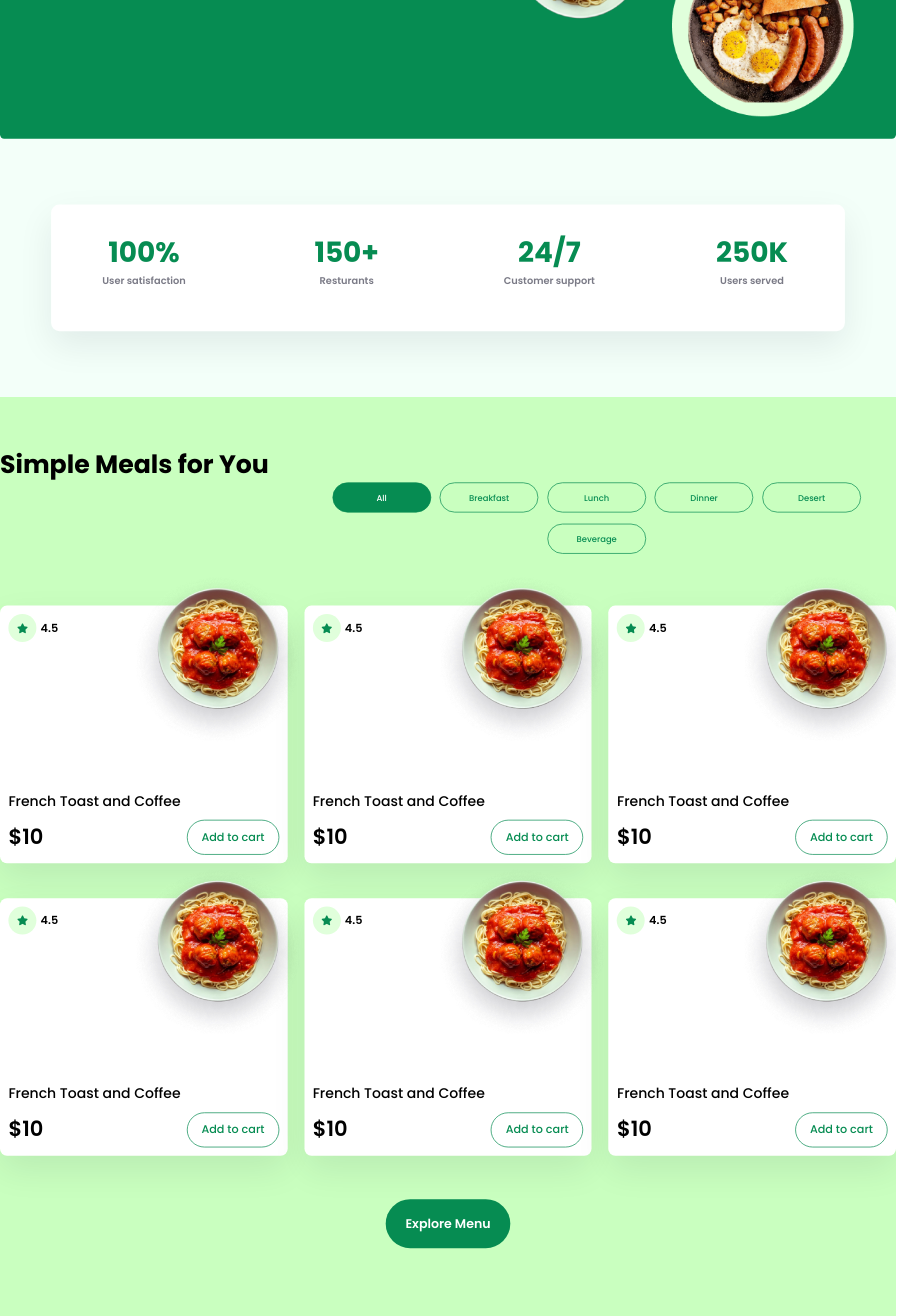
Repository: nguyennam1029/balbal
Page: index.html
The author's editor kept a copy of each file at every save. The page is drawn from the files as they stood at one save, then again after the next save.
The browser window is 1280 px wide. The page is 1292 px wide, so the pictures cover 1292 px, including what lies to the right of the window. The pictures show the part of the page from y = 603 to 2483 px (the page is 4300 px tall), at 70% of full size.
Some web libraries are served in a nearby version.

Above is the page before, as saved 2022-07-07 23:04:25.

After the next save:
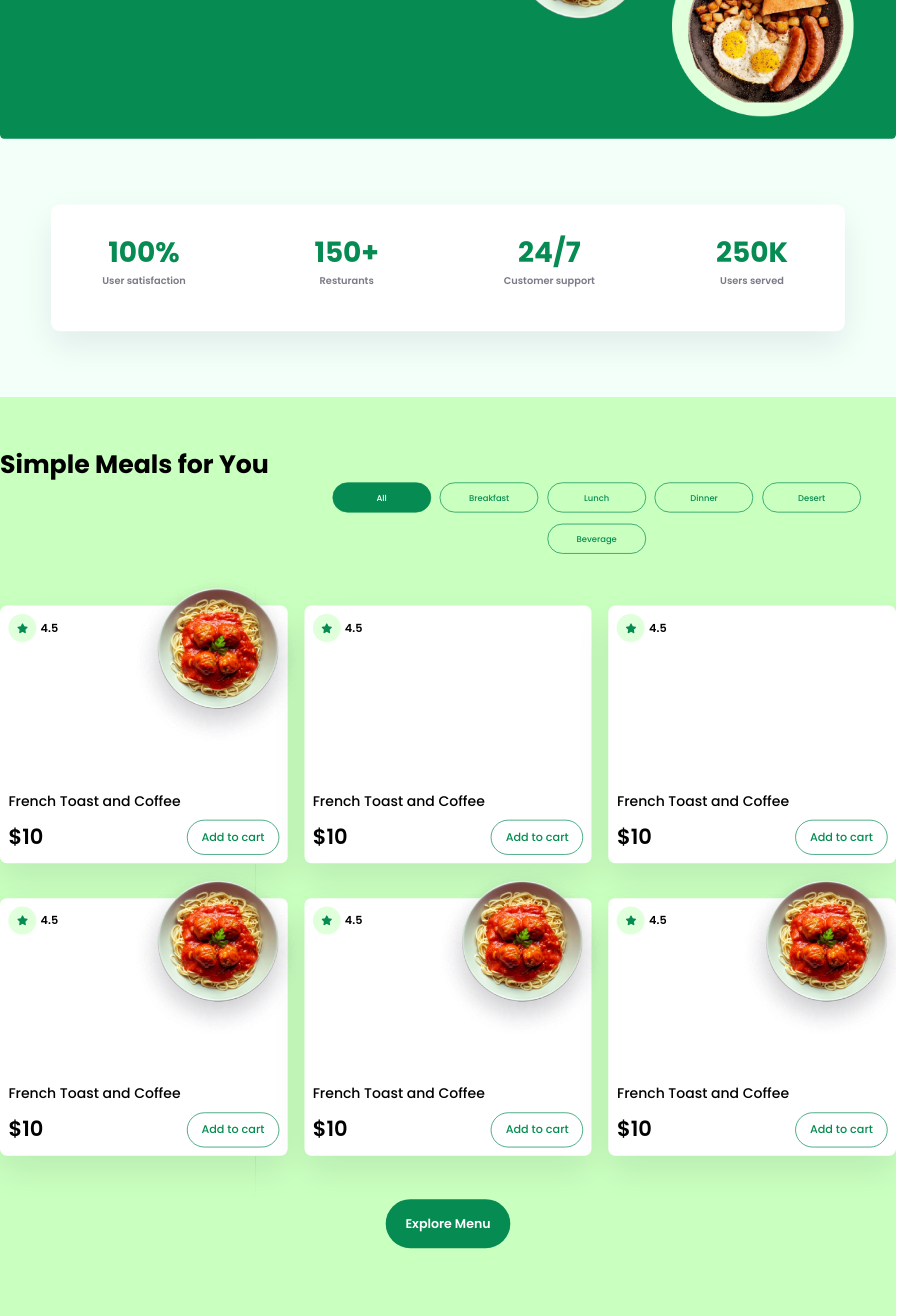
Not found: images/product4.png
Not found: images/product5.png
Saved 116 s later.
--- a/index.html
+++ b/index.html
@@ -151,7 +151,7 @@
                 <div class="product-item">
                   <img
                     class="product-item--img"
-                    src="images/product1.png"
+                    src="images/product4.png"
                     alt=""
                   />
                   <div class="product-item--rating">
@@ -172,7 +172,7 @@
                 <div class="product-item">
                   <img
                     class="product-item--img"
-                    src="images/product1.png"
+                    src="images/product5.png"
                     alt=""
                   />
                   <div class="product-item--rating">

After the save that followed:
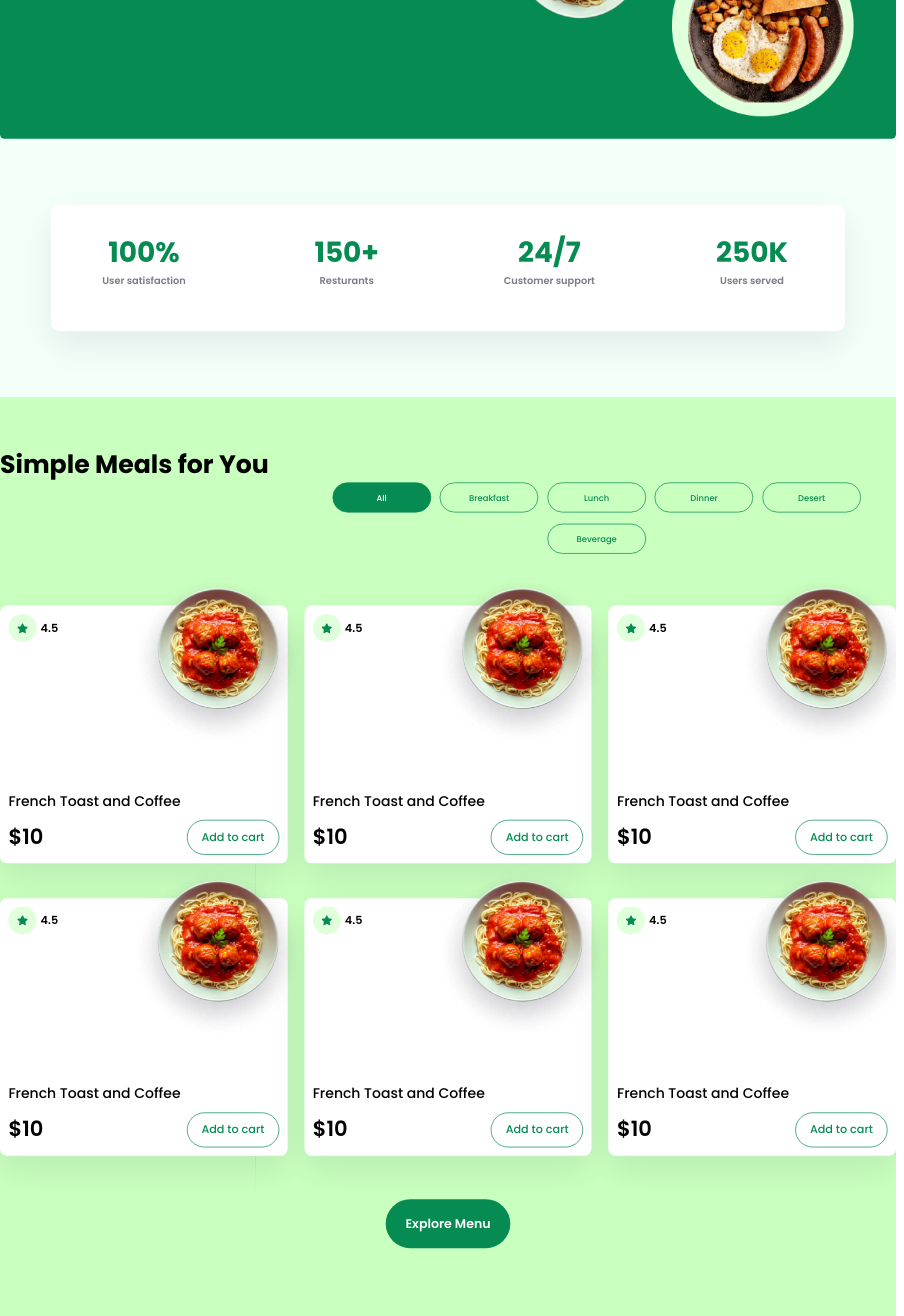
Saved 30 s later.
--- a/index.html
+++ b/index.html
@@ -151,7 +151,7 @@
                 <div class="product-item">
                   <img
                     class="product-item--img"
-                    src="images/product4.png"
+                    src="images/product1.png"
                     alt=""
                   />
                   <div class="product-item--rating">
@@ -172,7 +172,7 @@
                 <div class="product-item">
                   <img
                     class="product-item--img"
-                    src="images/product5.png"
+                    src="images/product1.png"
                     alt=""
                   />
                   <div class="product-item--rating">
